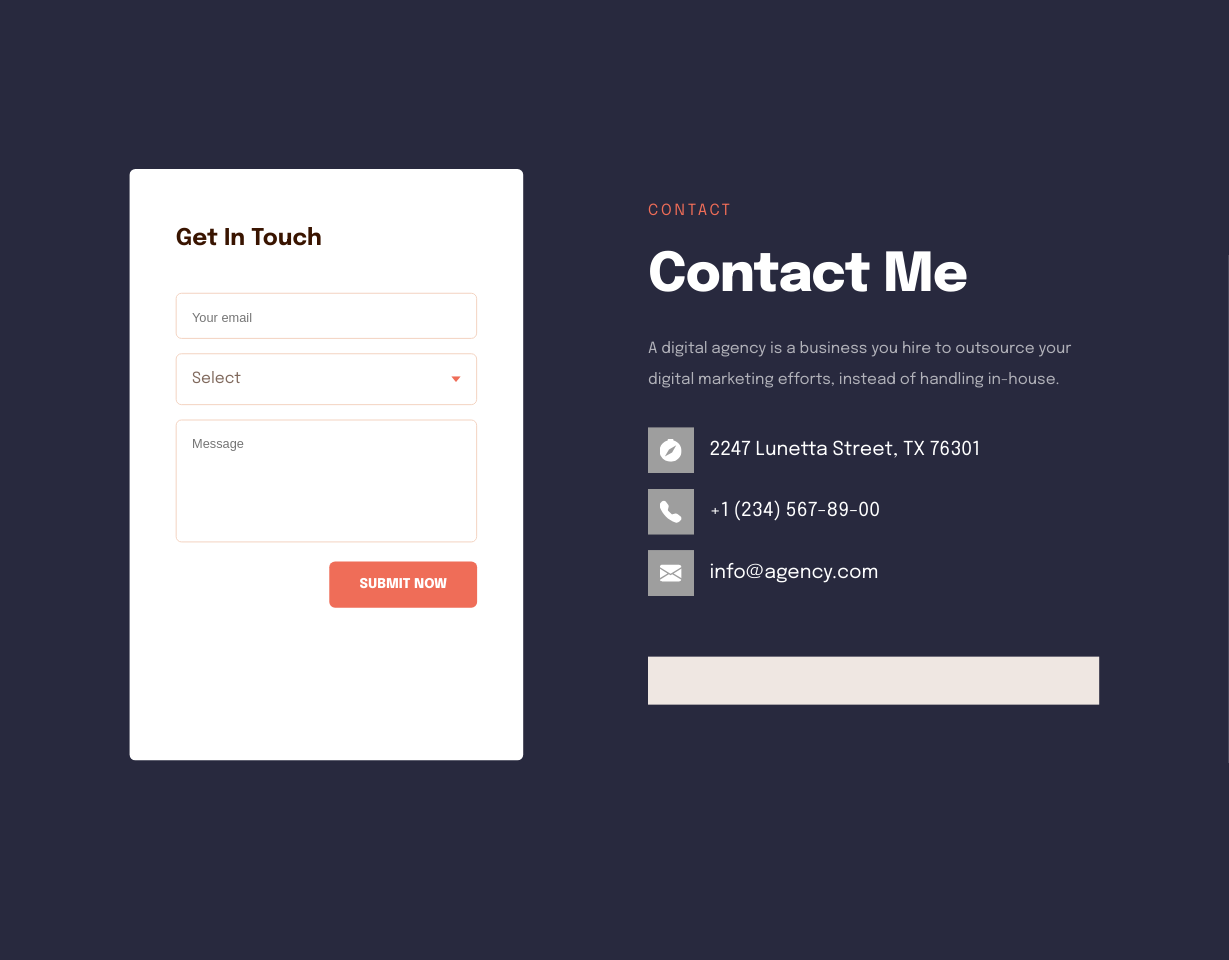
Repository: NatiqSamiyev/form-task-2
Page: index.html
The author's editor kept a copy of each file at every save. The page is drawn from the files as they stood at one save, then again after the next save.
The browser window is 1280 px wide. The pictures show the whole page, at 96% of full size.
Pictures or frames that could not be fetched are drawn as grey boxes. Some web fonts or font styles are not loaded; a fallback is used.

Above is the page before, as saved 2023-10-30 11:25:51.

After the next save:
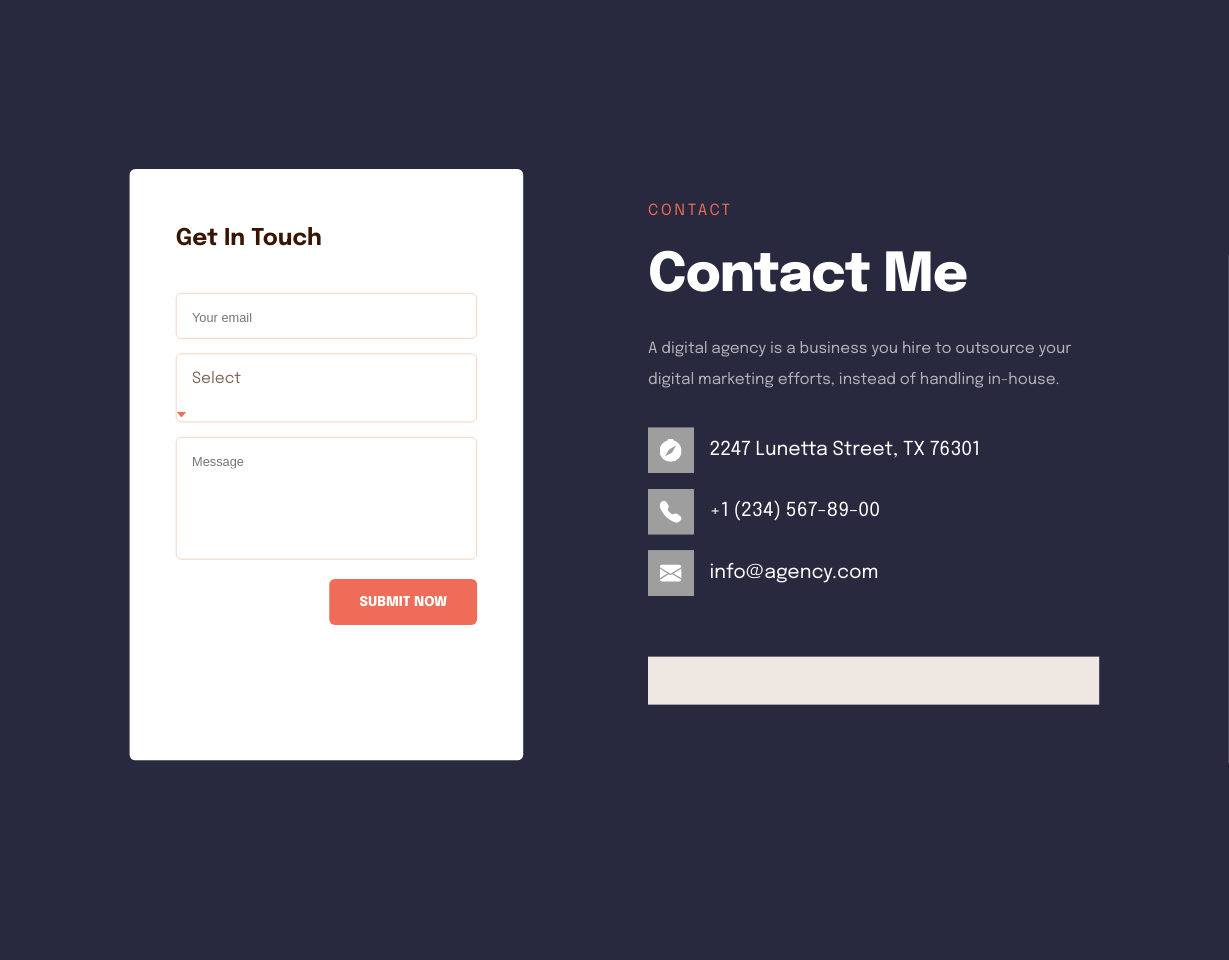
Saved 21 s later.
--- a/index.css
+++ b/index.css
@@ -179,10 +179,10 @@
   text-align: start;
 }
 .select-box svg {
-  position: absolute;
+  /* position: absolute;
   right: 16px;
   top: 50%;
-  transform: translateY(-50%);
+  transform: translateY(-50%); */
 }
 .option-box {
   border: 1px solid gray;

After the 2 saves that followed:
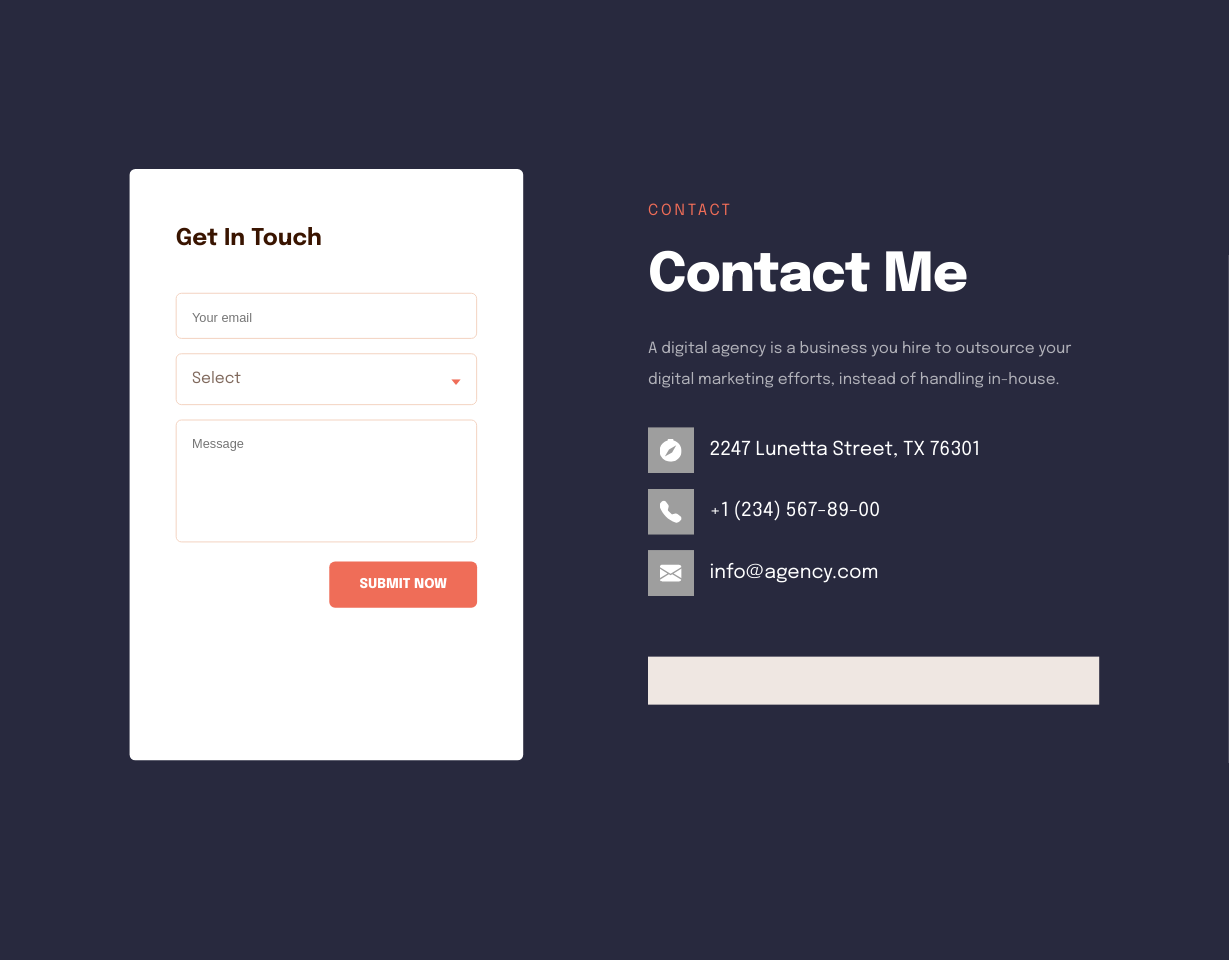
The 2 saves are shown as one change because they came seconds apart.
The last was saved 7 s later.
--- a/index.css
+++ b/index.css
@@ -179,10 +179,10 @@
   text-align: start;
 }
 .select-box svg {
-  /* position: absolute;
+  position: absolute;
   right: 16px;
   top: 50%;
-  transform: translateY(-50%); */
+  /* transform: translateY(-50%); */
 }
 .option-box {
   border: 1px solid gray;
